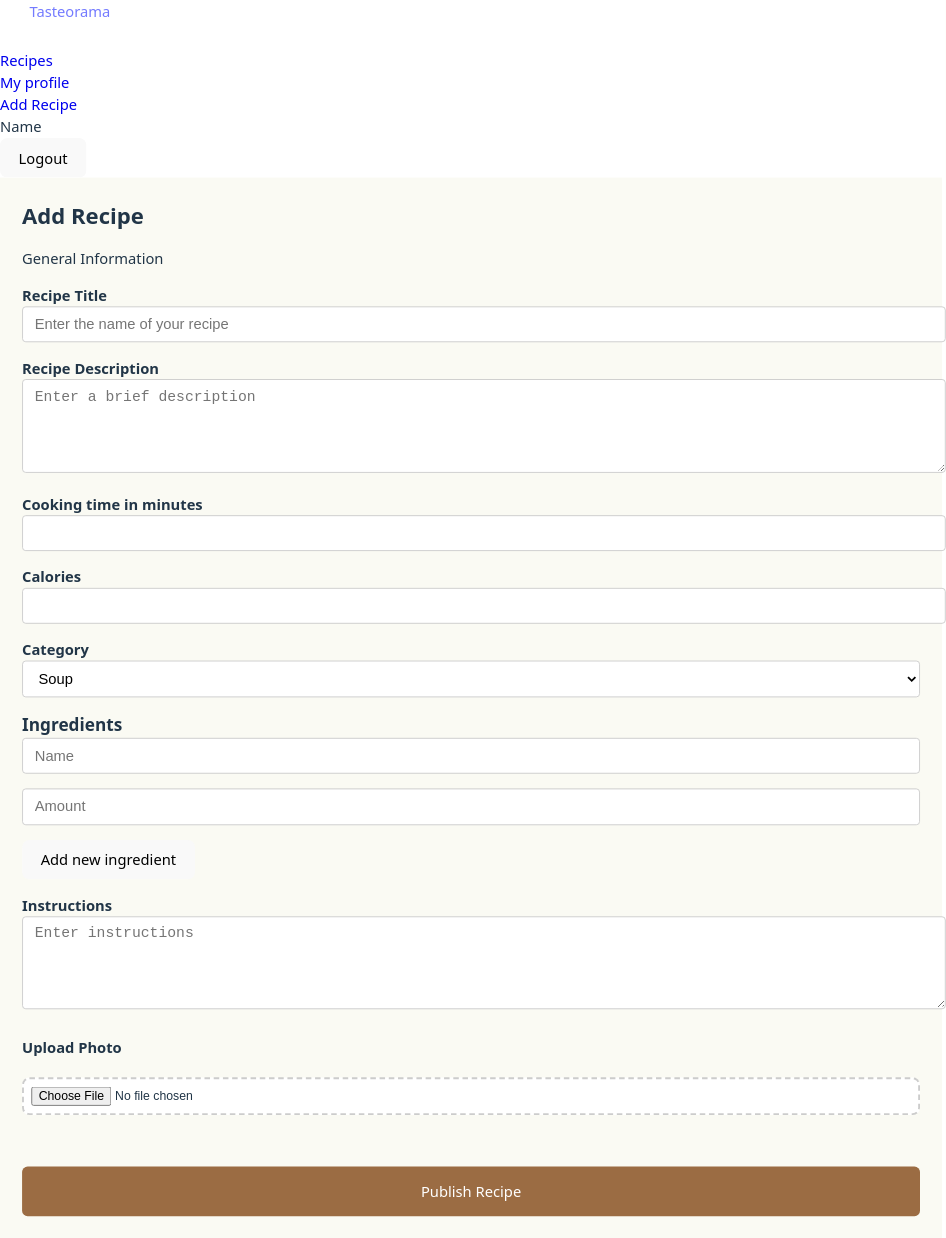
Repository: Alex-chernomor/frontEndRepo
Page: /
An editor plug-in stored every save of this project. The page is shown before and after the next save, followed by the edit.
The browser window is 1024 px wide. The page is 1028 px wide, then 1024 px, then 1028 px, so the pictures cover 1028 px, including what lies to the right of the window. The pictures show the whole page, at 92% of full size.
The project was rebuilt for these pictures with package versions that can differ from the ones it lists, and the page was loaded fresh each time. Also part of the build but not shown: vite.config.js, src/sections/Header/Header.module.css.

Above is the page before, as saved 2025-07-03 18:11:40.

After the next save:
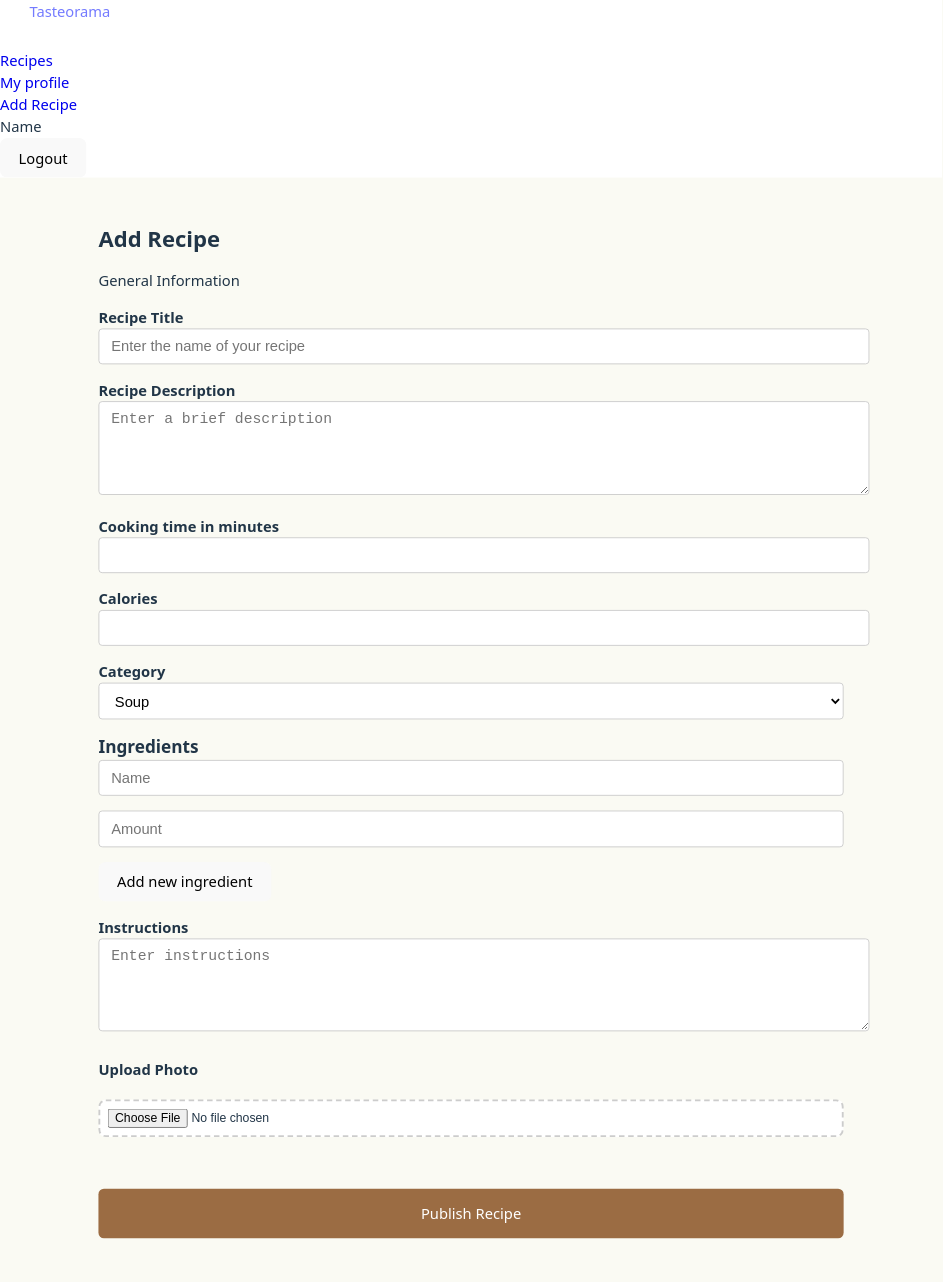
Saved 106 s later.
--- a/src/components/RecipeForm/RecipeForm.module.css
+++ b/src/components/RecipeForm/RecipeForm.module.css
@@ -133,7 +133,7 @@
     .formWrapper {
         grid-template-columns: 1fr;
         width: 100%;
-        padding: 1.5rem;
+        padding: 48px 107px;
         gap: 1.5rem;
     }
 

After the save that followed:
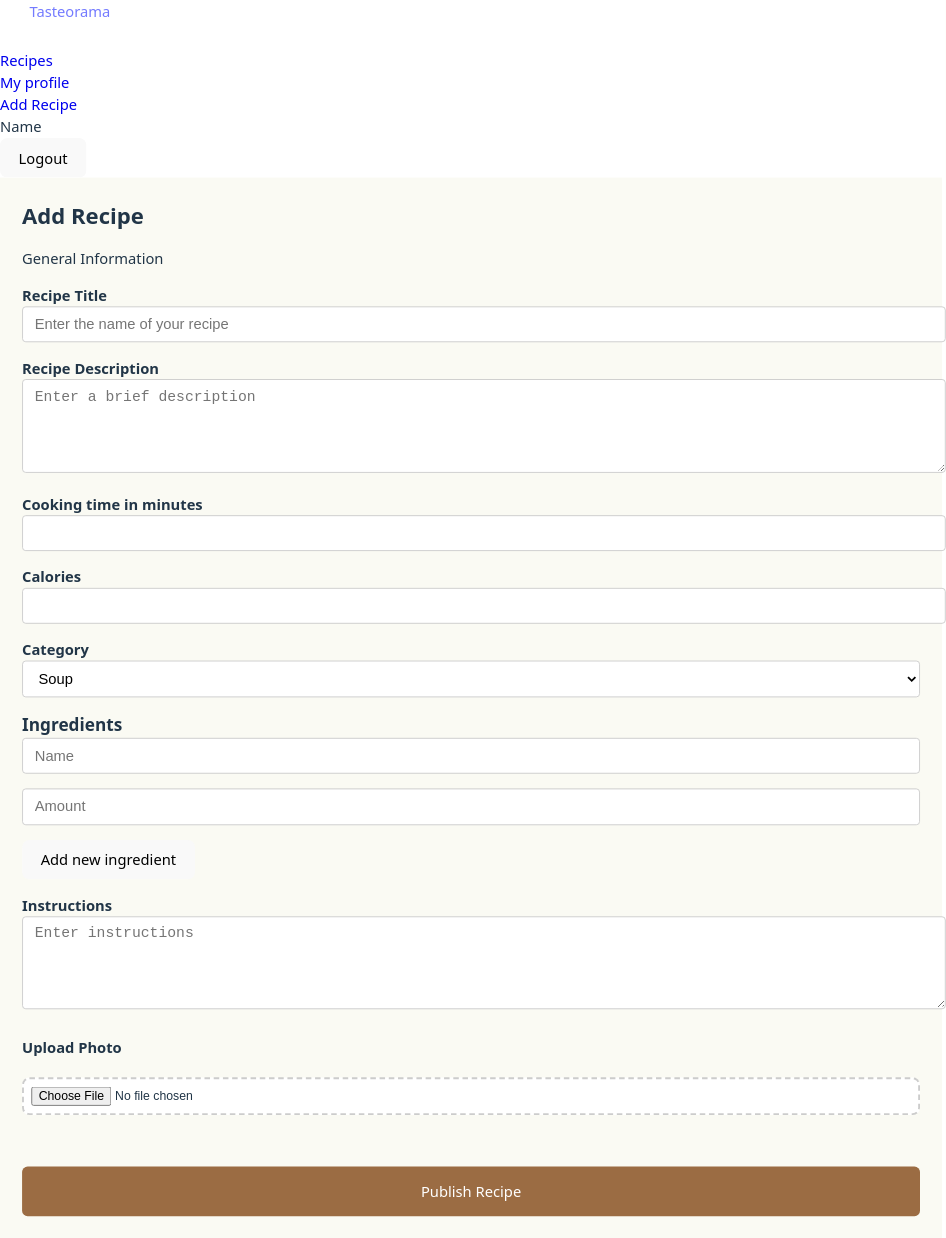
Saved 68 s later.
--- a/src/components/RecipeForm/RecipeForm.module.css
+++ b/src/components/RecipeForm/RecipeForm.module.css
@@ -5,7 +5,7 @@
     width: 1226px;
     /* ✅ Фіксована ширина на десктоп */
     margin: 0 auto;
-    padding: 48px, 107px;
+    padding: 2rem;
     background-color: #fafaf3;
     box-sizing: border-box;
 }
@@ -133,7 +133,7 @@
     .formWrapper {
         grid-template-columns: 1fr;
         width: 100%;
-        padding: 48px 107px;
+        padding: 1.5rem;
         gap: 1.5rem;
     }
 
